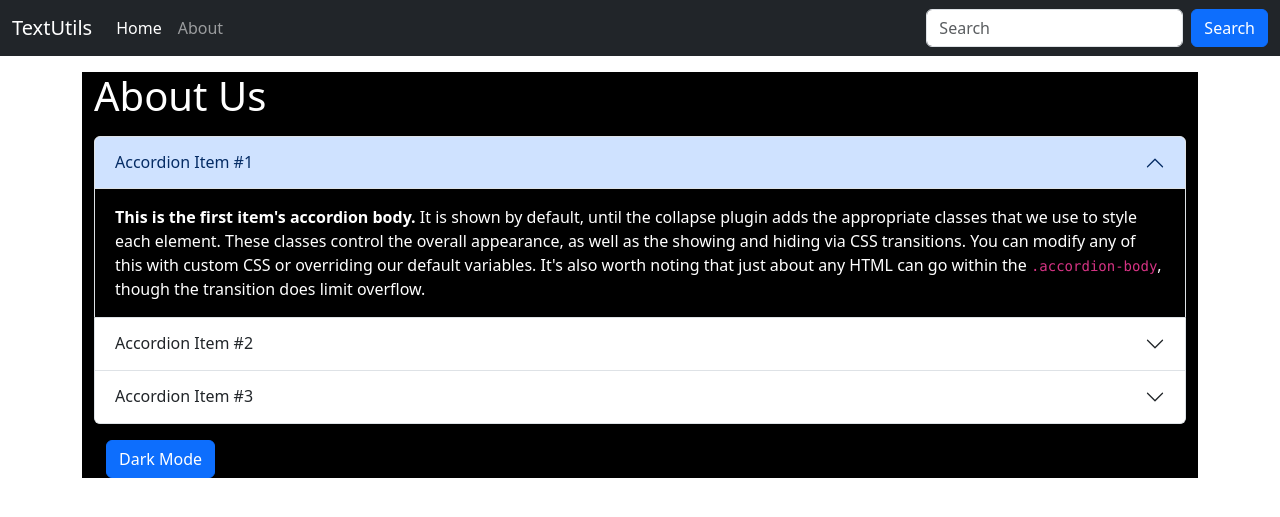
Repository: Rohit-foryou/Text-Utils
Page: /
These files come from the project's save history. The page is drawn as it stood at one moment and after the next save; the edit follows.
The browser window is 1280 px wide. The pictures show the whole page.
The project was rebuilt for these pictures with package versions that can differ from the ones it lists, and the page was loaded fresh each time. Also part of the build but not shown: src/index.css, src/App.css.

Above is the page before, as saved 2023-12-20 22:31:18.

### public/index.html
<!DOCTYPE html>
<html lang="en">
  <head>
    <meta charset="utf-8" />
    <link rel="icon" href="%PUBLIC_URL%/favicon.ico" />
    <meta name="viewport" content="width=device-width, initial-scale=1" />
    <meta name="theme-color" content="#000000" />
    <meta
      name="description"
      content="Web site created using create-react-app"
    />
    <link rel="apple-touch-icon" href="%PUBLIC_URL%/logo192.png" />
    <link rel="manifest" href="%PUBLIC_URL%/manifest.json" />

    <!-- Bootstrap CSS -->
    <link href="https://cdn.jsdelivr.net/npm/bootstrap@5.3.2/dist/css/bootstrap.min.css" rel="stylesheet" integrity="sha384-T3c6CoIi6uLrA9TneNEoa7RxnatzjcDSCmG1MXxSR1GAsXEV/Dwwykc2MPK8M2HN" crossorigin="anonymous">

    <title>React App</title>
  </head>
  <body>
    <noscript>You need to enable JavaScript to run this app.</noscript>
    <div id="root"></div>

    <script src="https://cdn.jsdelivr.net/npm/bootstrap@5.3.2/dist/js/bootstrap.bundle.min.js" integrity="sha384-C6RzsynM9kWDrMNeT87bh95OGNyZPhcTNXj1NW7RuBCsyN/o0jlpcV8Qyq46cDfL" crossorigin="anonymous"></script>
  </body>
</html>

### src/App.js
import "./App.css";
import About from "./components/About";
import Navbar from "./components/Navbar";
// import TextForm from "./components/TextForm";


function App() {
  return (
    <>
      <Navbar title = "TextUtils" aboutText = "About"/>
      <div className="container my-3">
      {/* <TextForm heading = "Enter the text to analyze"/> */}
      <About/>
      </div>
    </>
  );
}

export default App;

### src/components/About.js
import React from 'react'

export default function About() {

    let mystyle={
        color: 'white',
        backgroundColor: 'black'
    }
  return (
    <div className='container' style={mystyle}>
        <h1 className = "my-3">About Us</h1>
      <div className="accordion" id="accordionExample" style={mystyle}>
            <div className="accordion-item">
                <h2 className="accordion-header">
                <button className="accordion-button" type="button" data-bs-toggle="collapse" data-bs-target="#collapseOne" aria-expanded="true" aria-controls="collapseOne">
                    Accordion Item #1
                </button>
                </h2>
                <div id="collapseOne" className="accordion-collapse collapse show"  style={mystyle} data-bs-parent="#accordionExample">
                <div className="accordion-body">
                    <strong>This is the first item's accordion body.</strong> It is shown by default, until the collapse plugin adds the appropriate classes that we use to style each element. These classes control the overall appearance, as well as the showing and hiding via CSS transitions. You can modify any of this with custom CSS or overriding our default variables. It's also worth noting that just about any HTML can go within the <code>.accordion-body</code>, though the transition does limit overflow.
                </div>
                </div>
            </div>
            <div className="accordion-item">
                <h2 className="accordion-header">
                <button className="accordion-button collapsed" type="button" data-bs-toggle="collapse" data-bs-target="#collapseTwo" aria-expanded="false" aria-controls="collapseTwo">
                    Accordion Item #2
                </button>
                </h2>
                <div id="collapseTwo" className="accordion-collapse collapse" data-bs-parent="#accordionExample">
                <div className="accordion-body">
                    <strong>This is the second item's accordion body.</strong> It is hidden by default, until the collapse plugin adds the appropriate classes that we use to style each element. These classes control the overall appearance, as well as the showing and hiding via CSS transitions. You can modify any of this with custom CSS or overriding our default variables. It's also worth noting that just about any HTML can go within the <code>.accordion-body</code>, though the transition does limit overflow.
                </div>
                </div>
            </div>
            <div className="accordion-item">
                <h2 className="accordion-header">
                <button className="accordion-button collapsed" type="button" data-bs-toggle="collapse" data-bs-target="#collapseThree" aria-expanded="false" aria-controls="collapseThree">
                    Accordion Item #3
                </button>
                </h2>
                <div id="collapseThree" className="accordion-collapse collapse" data-bs-parent="#accordionExample">
                <div className="accordion-body">
                    <strong>This is the third item's accordion body.</strong> It is hidden by default, until the collapse plugin adds the appropriate classes that we use to style each element. These classes control the overall appearance, as well as the showing and hiding via CSS transitions. You can modify any of this with custom CSS or overriding our default variables. It's also worth noting that just about any HTML can go within the <code>.accordion-body</code>, though the transition does limit overflow.
                </div>
                </div>
            </div>
        </div>
        <div className="container my-3">
        <button type="button" className="btn btn-primary" >Dark Mode</button>
        </div>
    </div>
  )
}

### src/components/Navbar.js
import React from 'react'
import PropTypes from 'prop-types'


export default function Navbar(props) {
  return (
    <nav className="navbar navbar-expand-lg navbar-dark bg-dark">
        <div className="container-fluid">
          <a className="navbar-brand" href="/">{props.title}</a>
          <button className="navbar-toggler" type="button" data-bs-toggle="collapse" data-bs-target="#navbarSupportedContent" aria-controls="navbarSupportedContent" aria-expanded="false" aria-label="Toggle navigation">
            <span className="navbar-toggler-icon"></span>
          </button>
          <div className="collapse navbar-collapse" id="navbarSupportedContent">
            <ul className="navbar-nav me-auto mb-2 mb-lg-0">
              <li className="nav-item">
                <a className="nav-link active" aria-current="page" href="/">Home</a>
              </li>
              <li className="nav-item">
                <a className="nav-link" href="/">{props.aboutText}</a>
              </li>
            </ul>
            <form className="d-flex" role="search">
              <input className="form-control me-2" type="search" placeholder="Search" aria-label="Search"/>
              <button className="btn btn-primary" type="submit">Search</button>
            </form>
          </div>
        </div>
      </nav>
  )
}

Navbar.propTypes = {title: PropTypes.string.isRequired,
                     AboutText: PropTypes.string}

// Navbar.defaultProps = {
//     title: 'write title',
//     aboutText: 'About',
// }

Loaded but not shown: src/index.js (common file); src/reportWebVitals.js (common file)

After the next save:
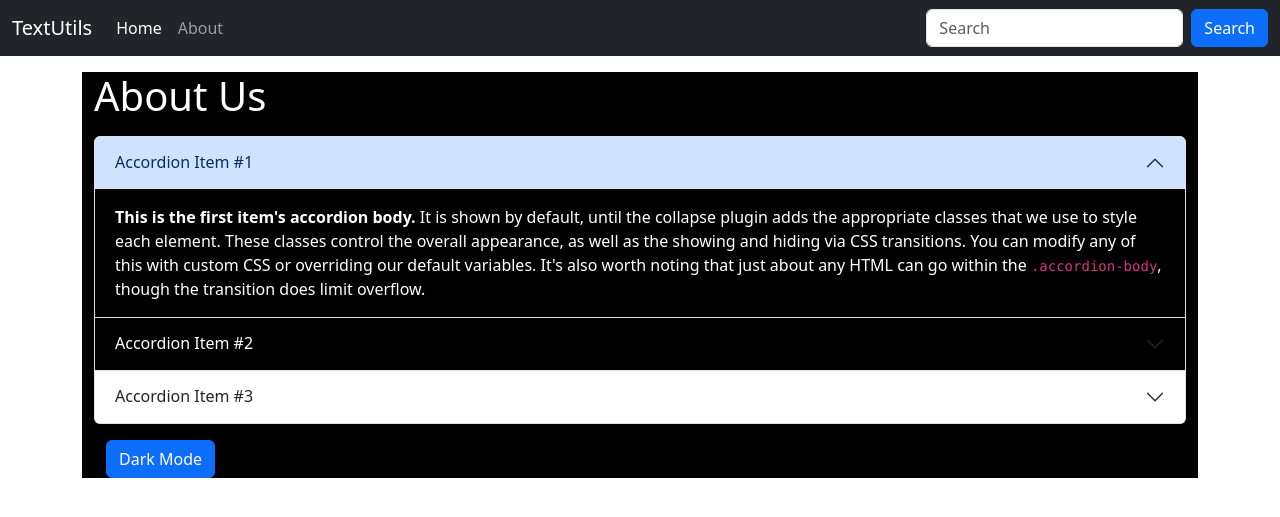
Saved 33 s later.
--- a/src/components/About.js
+++ b/src/components/About.js
@@ -24,11 +24,11 @@ export default function About() {
             </div>
             <div className="accordion-item">
                 <h2 className="accordion-header">
-                <button className="accordion-button collapsed" type="button" data-bs-toggle="collapse" data-bs-target="#collapseTwo" aria-expanded="false" aria-controls="collapseTwo">
+                <button className="accordion-button collapsed"  style={mystyle} type="button" data-bs-toggle="collapse" data-bs-target="#collapseTwo" aria-expanded="false" aria-controls="collapseTwo">
                     Accordion Item #2
                 </button>
                 </h2>
-                <div id="collapseTwo" className="accordion-collapse collapse" data-bs-parent="#accordionExample">
+                <div id="collapseTwo" className="accordion-collapse collapse"  style={mystyle} data-bs-parent="#accordionExample">
                 <div className="accordion-body">
                     <strong>This is the second item's accordion body.</strong> It is hidden by default, until the collapse plugin adds the appropriate classes that we use to style each element. These classes control the overall appearance, as well as the showing and hiding via CSS transitions. You can modify any of this with custom CSS or overriding our default variables. It's also worth noting that just about any HTML can go within the <code>.accordion-body</code>, though the transition does limit overflow.
                 </div>
